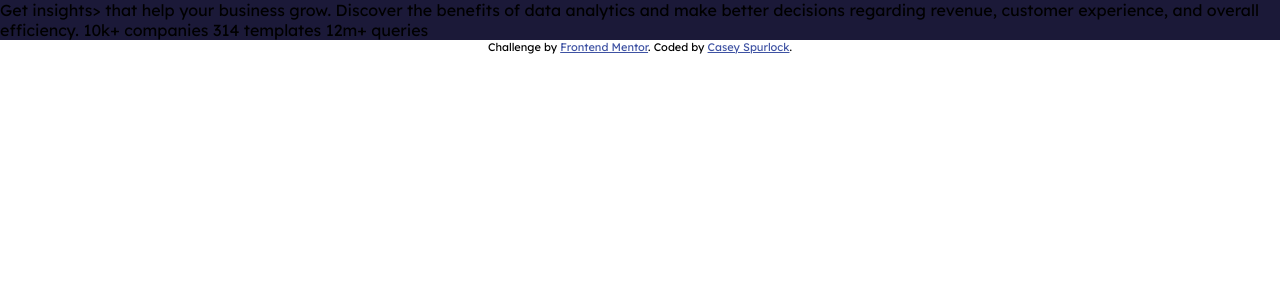
Repository: CaseySpurlock/stats-prewiew-component
Page: index.html
An editor plug-in stored every save of this project. The page is shown before and after the next save, followed by the edit.
The browser window is 1280 px wide. The pictures show the whole page.

Above is the page before, as saved 2021-06-22 00:49:22.

### index.html
<!DOCTYPE html>
<html lang="en">
<head>
  <meta charset="UTF-8">
  <meta name="viewport" content="width=device-width, initial-scale=1.0"> <!-- displays site properly based on user's device -->

  <link rel="icon" type="image/png" sizes="32x32" href="./images/favicon-32x32.png">

  <title>Frontend Mentor | Stats preview card component</title>

  <link rel="stylesheet" href="styles.css">
  <link rel="preconnect" href="https://fonts.googleapis.com">
  <link rel="preconnect" href="https://fonts.gstatic.com" crossorigin>
  <link href="https://fonts.googleapis.com/css2?family=Inter:wght@400;700&family=Lexend+Deca&display=swap" rel="stylesheet">

</head>

<body>

  <div class="container">
      Get insights> that help your business grow.

      Discover the benefits of data analytics and make better decisions regarding revenue, customer
      experience, and overall efficiency.

      10k+ companies
      314 templates
      12m+ queries
    </div>




  <div class="attribution">
    Challenge by <a href="https://www.frontendmentor.io?ref=challenge" target="_blank">Frontend Mentor</a>.
    Coded by <a href="#">Casey Spurlock</a>.
  </div>
</body>
</html>

### styles.css
:root {
    --Very-dark-blue: hsl(233, 47%, 7%);
    --Dark-desaturated-blue: hsl(244, 38%, 16%);
    --Soft-violet: hsl(277, 64%, 61%);
    --White: hsl(0, 0%, 100%);
    --Slightly-transparent -white: hsla(0, 0%, 100%, 0.75);
    --Slightly-transparent-white: hsla(0, 0%, 100%, 0.6);
}

* {
    margin: 0;
    padding: 0;
    box-sizing: border-box;
}

body {
    font-family: "lexend deca", sans-serif;
}

p {
    font-size: 15px;
    line-height: 1.6;
}

.container {
    background-color: var(--Dark-desaturated-blue);
}

.attribution {
    font-size: 11px;
    text-align: center;
}
.attribution a {
    color: hsl(228, 45%, 44%);
}

After the next save:
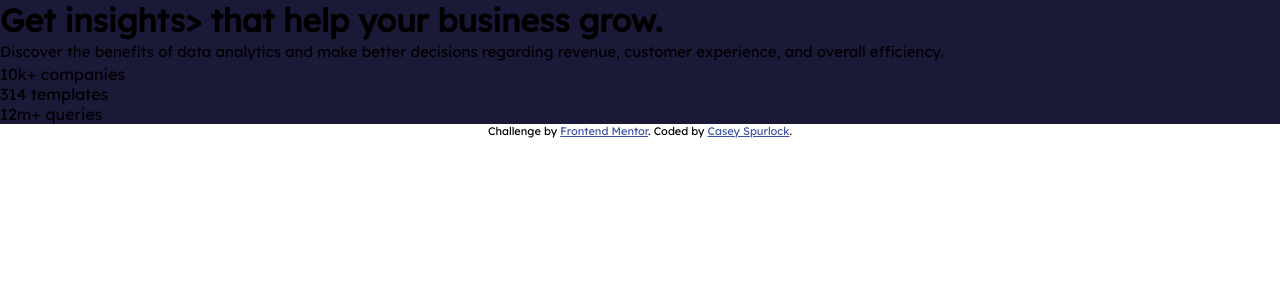
Saved 108 s later.
--- a/index.html
+++ b/index.html
@@ -18,15 +18,21 @@
 <body>
 
   <div class="container">
-      Get insights> that help your business grow.
+      <h1>Get insights> that help your business grow.</h1>
 
-      Discover the benefits of data analytics and make better decisions regarding revenue, customer
-      experience, and overall efficiency.
+      <p>Discover the benefits of data analytics and make better decisions regarding revenue, customer
+        experience, and overall efficiency.</p>
 
-      10k+ companies
-      314 templates
-      12m+ queries
-    </div>
+        <ul>
+          <li>10k+ companies</li>
+          <li>314 templates</li>
+          <li>12m+ queries</li>
+        </ul>
+      </div>
+
+
+
+
 
 
 
